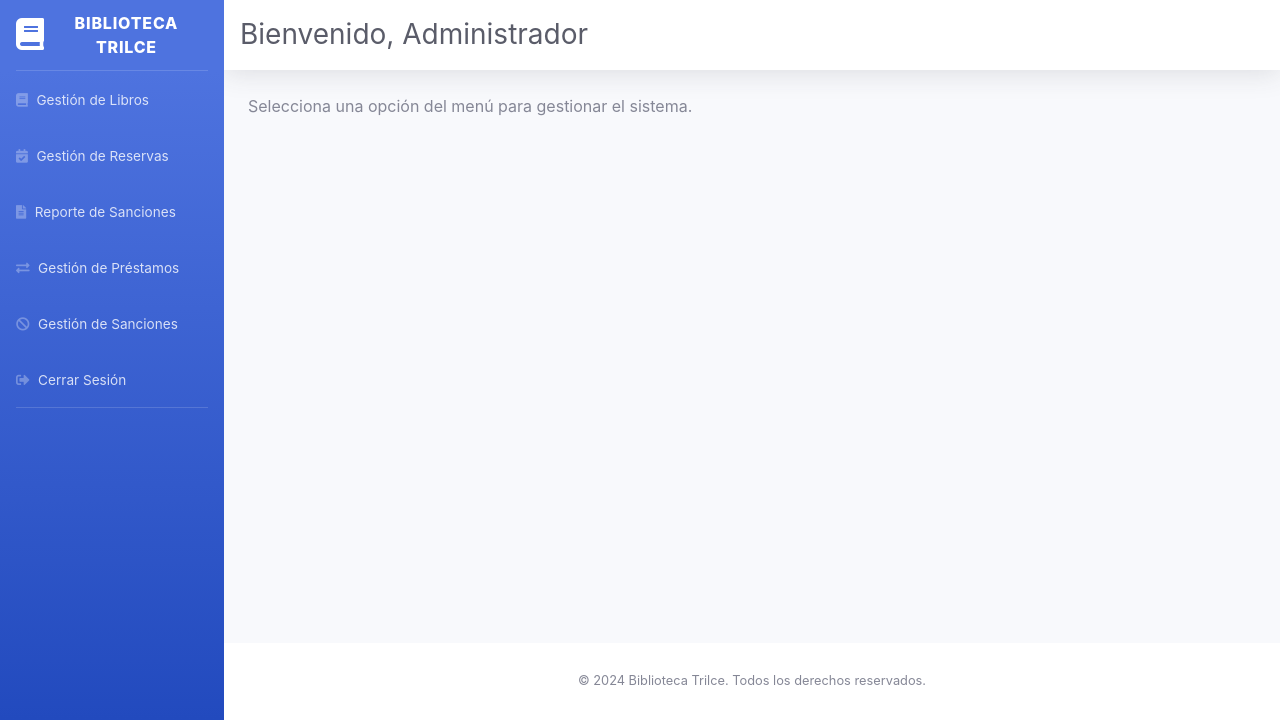
Repository: maycky02/Bibloteca_integrador
Page: http://localhost/admin/dashboard
These files come from the project's save history. The page is drawn as it stood at one moment and after the next save; the edit follows.
The browser window is 1280 px wide. The pictures show the whole page.
The page is this project's Thymeleaf template; nobody is signed in. Other server files are loaded and not shown. The template is opened directly, without the code that normally fills it, so the values that code supplies are empty.

Above is the page before, as saved 2024-12-02 03:35:40.

### Bibloteca/src/main/resources/templates/admin/dashboard.html
<!DOCTYPE html>
<html lang="es">
<head>
    <meta charset="UTF-8">
    <meta name="viewport" content="width=device-width, initial-scale=1.0">
    <title>Dashboard - Administrador</title>
    <!-- CSS de SB Admin 2 -->
    <link href="/css/sb-admin-2.min.css" rel="stylesheet">
    <!-- Iconos -->
    <link href="/vendor/fontawesome-free/css/all.min.css" rel="stylesheet">
</head>
<body id="page-top">
    <!-- Contenedor principal -->
    <div id="wrapper">
        <!-- Barra lateral -->
        <ul class="navbar-nav bg-gradient-primary sidebar sidebar-dark accordion" id="accordionSidebar">
            <!-- Logotipo -->
            <a class="sidebar-brand d-flex align-items-center justify-content-center" href="#">
                <div class="sidebar-brand-icon">
                    <i class="fas fa-book"></i>
                </div>
                <div class="sidebar-brand-text mx-3">Biblioteca Trilce</div>
            </a>
            <!-- Divider -->
            <hr class="sidebar-divider my-0">
            <!-- Menú de navegación -->
            <li class="nav-item">
                <a class="nav-link" href="/admin/libros">
                    <i class="fas fa-book"></i>
                    <span>Gestión de Libros</span>
                </a>
            </li>
            <li class="nav-item">
                <a class="nav-link" href="/admin/reservas">
                    <i class="fas fa-calendar-check"></i>
                    <span>Gestión de Reservas</span>
                </a>
            </li>
            <li class="nav-item">
                <a class="nav-link" href="/admin/reportedesanciones">
                    <i class="fas fa-file-alt"></i>
                    <span>Reporte de Sanciones</span>
                </a>
            </li>
            <li class="nav-item">
                <a class="nav-link" href="/admin/prestamos">
                    <i class="fas fa-exchange-alt"></i>
                    <span>Gestión de Préstamos</span>
                </a>
            </li>
            <li class="nav-item">
                <a class="nav-link" href="/admin/sanciones">
                    <i class="fas fa-ban"></i>
                    <span>Gestión de Sanciones</span>
                </a>
            </li>
            <li class="nav-item">
                <a class="nav-link" href="/logout">
                    <i class="fas fa-sign-out-alt"></i>
                    <span>Cerrar Sesión</span>
                </a>
            </li>
            <!-- Divider -->
            <hr class="sidebar-divider d-none d-md-block">
        </ul>
        <!-- Contenido principal -->
        <div id="content-wrapper" class="d-flex flex-column">
            <div id="content">
                <!-- Barra superior -->
                <nav class="navbar navbar-expand navbar-light bg-white topbar mb-4 static-top shadow">
                    <h1 class="h3 mb-0 text-gray-800">Bienvenido, Administrador</h1>
                </nav>
                <!-- Contenido -->
                <div class="container-fluid">
                    <p>Selecciona una opción del menú para gestionar el sistema.</p>
                </div>
            </div>
            <!-- Pie de página -->
            <footer class="sticky-footer bg-white">
                <div class="container my-auto">
                    <div class="copyright text-center my-auto">
                        <span>&copy; 2024 Biblioteca Trilce. Todos los derechos reservados.</span>
                    </div>
                </div>
            </footer>
        </div>
    </div>
    <!-- Scripts de SB Admin 2 -->
    <script src="/vendor/jquery/jquery.min.js"></script>
    <script src="/vendor/bootstrap/js/bootstrap.bundle.min.js"></script>
    <script src="/vendor/jquery-easing/jquery.easing.min.js"></script>
    <script src="/js/sb-admin-2.min.js"></script>
</body>
</html>

Loaded but not shown: Bibloteca/src/main/resources/static/css/sb-admin-2.min.css (library); Bibloteca/src/main/resources/static/js/sb-admin-2.min.js (common file)

After the next save:
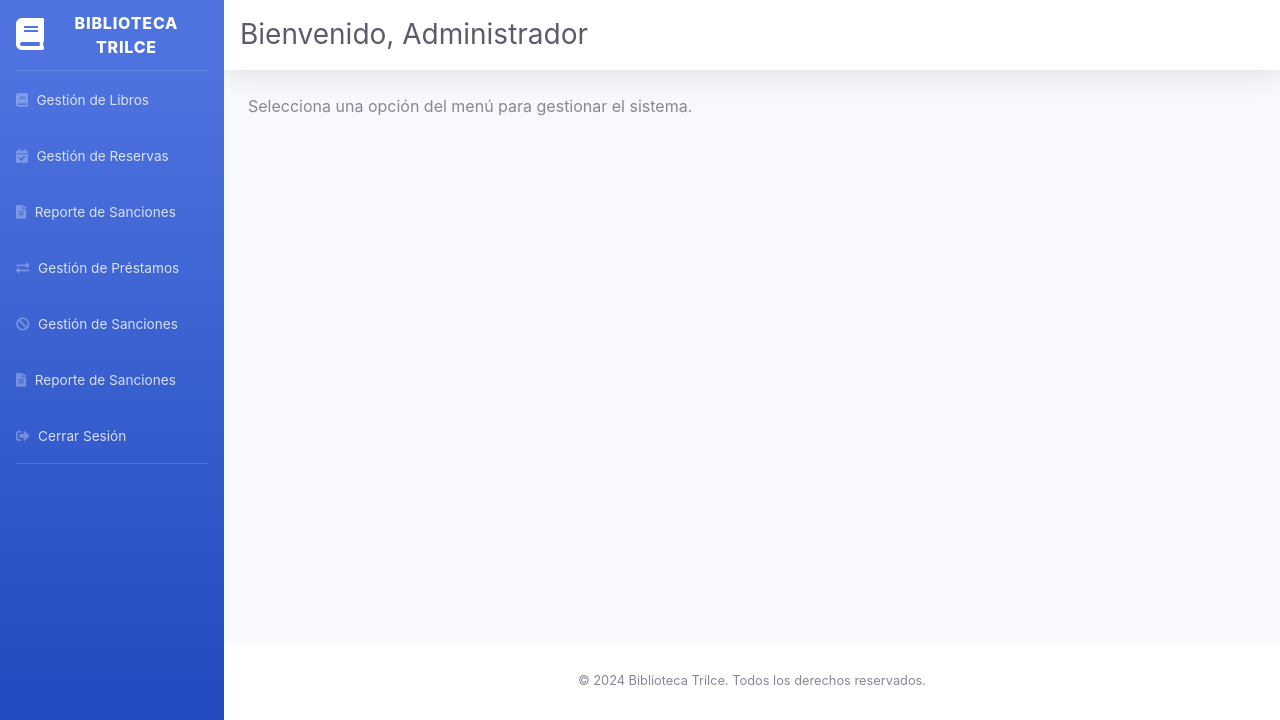
Saved 12 s later.
--- a/Bibloteca/src/main/resources/templates/admin/dashboard.html
+++ b/Bibloteca/src/main/resources/templates/admin/dashboard.html
@@ -54,6 +54,12 @@
                     <span>Gestión de Sanciones</span>
                 </a>
             </li>
+             <li class="nav-item">
+                <a class="nav-link" href="/admin/reportedesanciones">
+                    <i class="fas fa-file-alt"></i>
+                    <span>Reporte de Sanciones</span>
+                </a>
+            </li>
             <li class="nav-item">
                 <a class="nav-link" href="/logout">
                     <i class="fas fa-sign-out-alt"></i>
